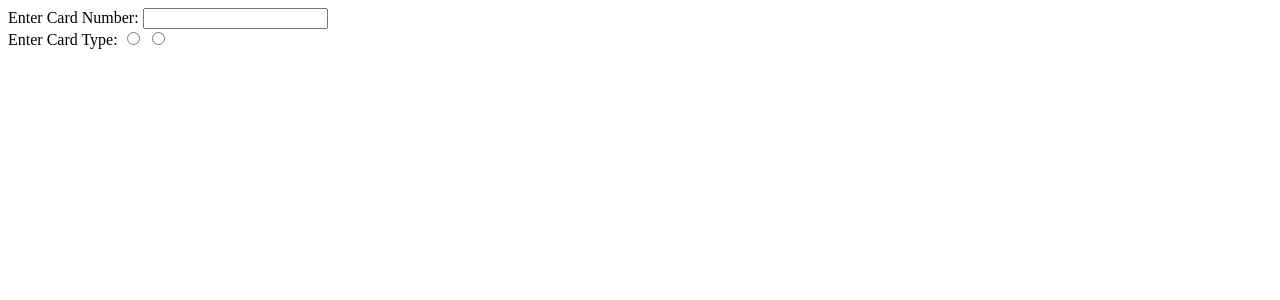
Repository: kiiigaaa/User_Profile
Page: http://localhost/GroceryOrdering/insertPay.jsp
The author's editor kept a copy of each file at every save. The page is drawn from the files as they stood at one save, then again after the next save.
The browser window is 1280 px wide. The pictures show the whole page.
The page is served by Tomcat 9.

Above is the page before, as saved 2022-11-10 10:38:25.

After the next save:
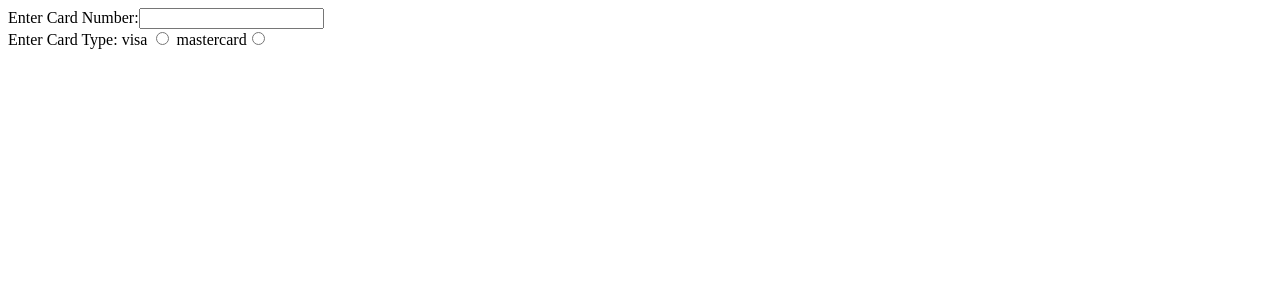
Saved 2 min 7 s later.
--- a/GroceryOrdering/src/main/webapp/insertPay.jsp
+++ b/GroceryOrdering/src/main/webapp/insertPay.jsp
@@ -10,9 +10,9 @@
 
 	<form action="#" method="post">
 
-		Enter Card Number: <input type="text" name="cardNo"> <br>
-		Enter Card Type: <input type="radio" id="visa" name="ctype" value="visa" >
-						 <input type="radio" id="mastercard" name="ctype" value="mastercard">
+		Enter Card Number:<input type="text" name="cardNo"> <br>
+		Enter Card Type: <lable>visa </lable><input type="radio" id="visa" name="ctype" value="visa" >
+						 <label>mastercard</label><input type="radio" id="mastercard" name="ctype" value="mastercard">
 
 	</form>
 
